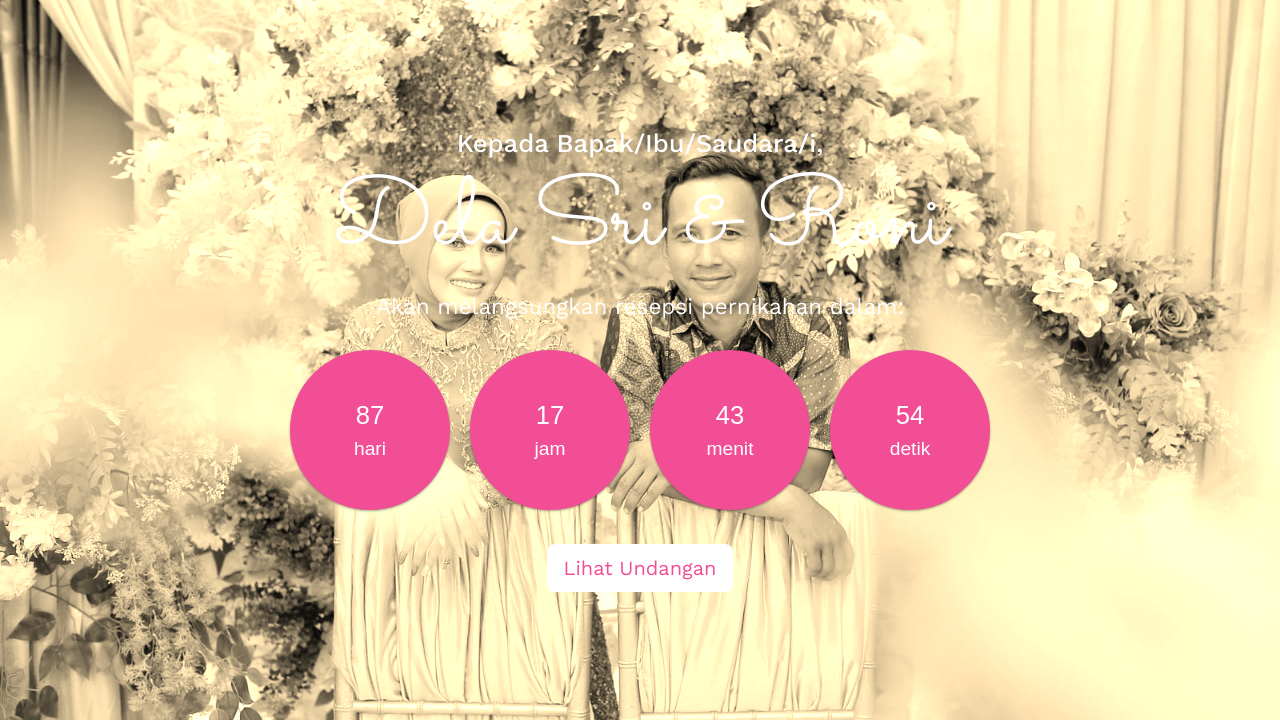
Repository: sellayspy/invitation
Page: index.html
An editor plug-in stored every save of this project. The page is shown before and after the next save, followed by the edit.
The browser window is 1280 px wide. The pictures show the whole page.

Above is the page before, as saved 2024-07-08 15:06:01.

### index.html
<!DOCTYPE html>
<html lang="en">
  <head>
    <meta charset="utf-8" />
    <meta name="viewport" content="width=device-width, initial-scale=1" />
    <title>Dela & Roni</title>
    <link
      href="https://cdn.jsdelivr.net/npm/bootstrap@5.3.3/dist/css/bootstrap.min.css"
      rel="stylesheet"
      integrity="sha384-QWTKZyjpPEjISv5WaRU9OFeRpok6YctnYmDr5pNlyT2bRjXh0JMhjY6hW+ALEwIH"
      crossorigin="anonymous"
    />
    <link rel="preconnect" href="https://fonts.googleapis.com" />
    <link rel="preconnect" href="https://fonts.gstatic.com" crossorigin />
    <link
      href="https://fonts.googleapis.com/css2?family=Sacramento&family=Work+Sans:ital,wght@0,100..900;1,100..900&display=swap"
      rel="stylesheet"
    />

    <!--Simple Coutdown-->
    <link rel="stylesheet" href="coutdown/simplyCountdown.theme.default.css" />
    <script src="coutdown/simplyCountdown.min.js"></script>

    <link rel="stylesheet" href="style.css" />
  </head>
  <body>
    <section
      id="hero"
      class="hero w-100 h-100 p-3 mx-auto text-center d-flex justify-content-center align-items-center text-white"
    >
      <main>
        <h4>Kepada Bapak/Ibu/Saudara/i,</h4>
        <h1>Dela Sri & Roni</h1>
        <p>Akan melangsungkan resepsi pernikahan dalam:</p>
        <div class="simply-countdown"></div>
        <a href="#undangan" class="btn btn-lg mt-4">Lihat Undangan</a>
      </main>
    </section>
    <script
      src="https://cdn.jsdelivr.net/npm/bootstrap@5.3.3/dist/js/bootstrap.bundle.min.js"
      integrity="sha384-YvpcrYf0tY3lHB60NNkmXc5s9fDVZLESaAA55NDzOxhy9GkcIdslK1eN7N6jIeHz"
      crossorigin="anonymous"
    ></script>

    <script>
      simplyCountdown(".simply-countdown", {
        year: 2024, // required
        month: 10, // required
        day: 4, // required
        hours: 8, // Default is 0 [0-23] integer
        words: {
          //words displayed into the countdown
          days: { singular: "hari", plural: "hari" },
          hours: { singular: "jam", plural: "jam" },
          minutes: { singular: "menit", plural: "menit" },
          seconds: { singular: "detik", plural: "detik" },
        },
      });
    </script>
  </body>
</html>

### coutdown/simplyCountdown.theme.default.css
.simply-countdown {
  overflow: hidden;
  display: table;
  font-family: "Arial", sans-serif;
  margin: auto;
}
.simply-countdown > .simply-section {
  width: 50px;
  height: 50px;
  padding: 80px;
  display: flex;
  align-items: center;
  justify-content: center;
  float: left;
  margin: 10px;
  background: var(--pink);
  box-shadow: 0 1px 3px rgba(0, 0, 0, 0.12), 0 1px 2px rgba(0, 0, 0, 0.24);
  border-radius: 50%;
}
.simply-countdown > .simply-section .simply-amount,
.simply-countdown > .simply-section .simply-word {
  display: block;
  text-align: center;
}
.simply-countdown > .simply-section .simply-amount {
  font-size: 1.6rem;
}

### style.css
:root {
  --pink: #f14e95;

  --bg: #0a0a0a;

  --shadow: 0 2px 2px rgb(0, 0, 0/ 0.5);
}

body {
  font-size: 1.2rem;
  font-family: "Work Sans", sans-serif;
}

.hero::before {
  content: "";
  position: absolute;
  top: 0;
  left: 0;
  height: 100%;
  width: 100%;
  background-image: url(img/gambar-1.jpg);
  background-size: cover;
  background-position: center;
  z-index: -1;
  filter: sepia();
}

.hero {
  position: relative;
  min-height: 100vh;
}

.hero h1 {
  font-family: "Sacramento", cursive;
  font-size: 6rem;
}

.hero h4 {
  font-size: 1.6rem;
}

.hero p {
  font-size: 1.4rem;
}

.hero a {
  color: var(--pink);

  background-color: white;
}

.hero a:hover {
  background-color: var(--pink);
  color: white;
}

Loaded but not shown: coutdown/simplyCountdown.min.js (library)

After the next save:
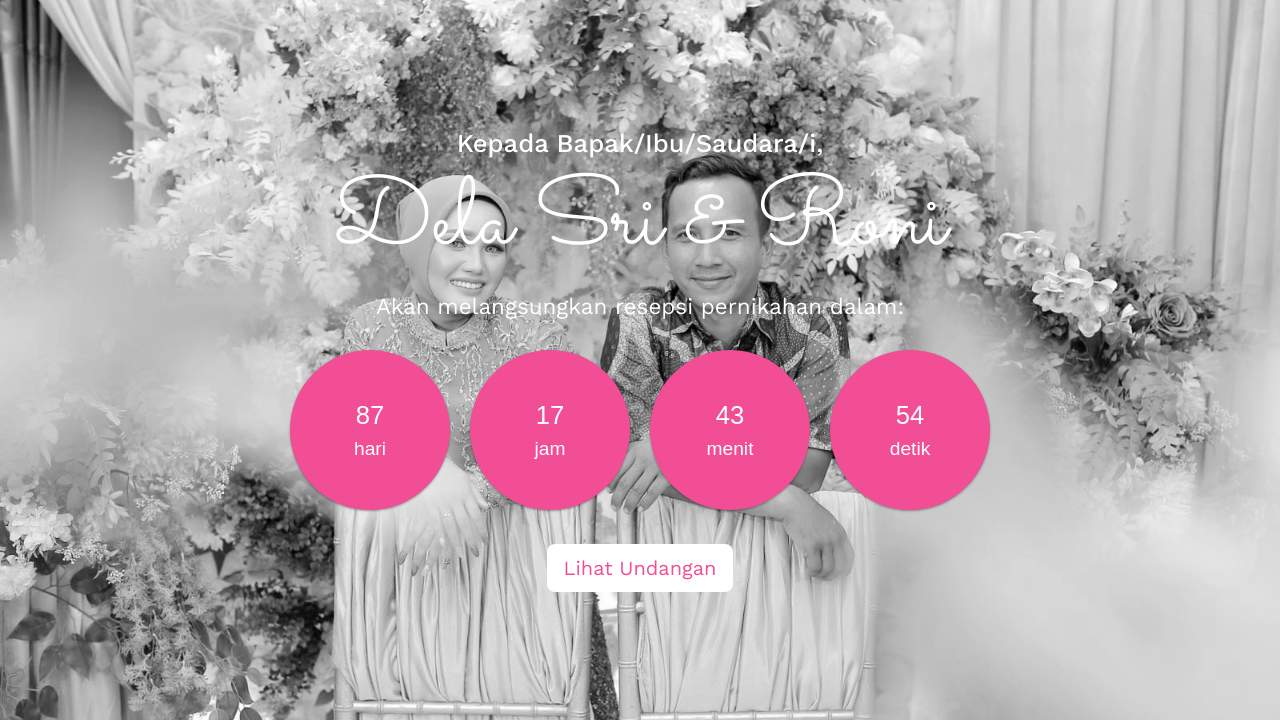
Saved 12 s later.
--- a/style.css
+++ b/style.css
@@ -22,7 +22,7 @@ body {
   background-size: cover;
   background-position: center;
   z-index: -1;
-  filter: sepia();
+  filter: grayscale();
 }
 
 .hero {
